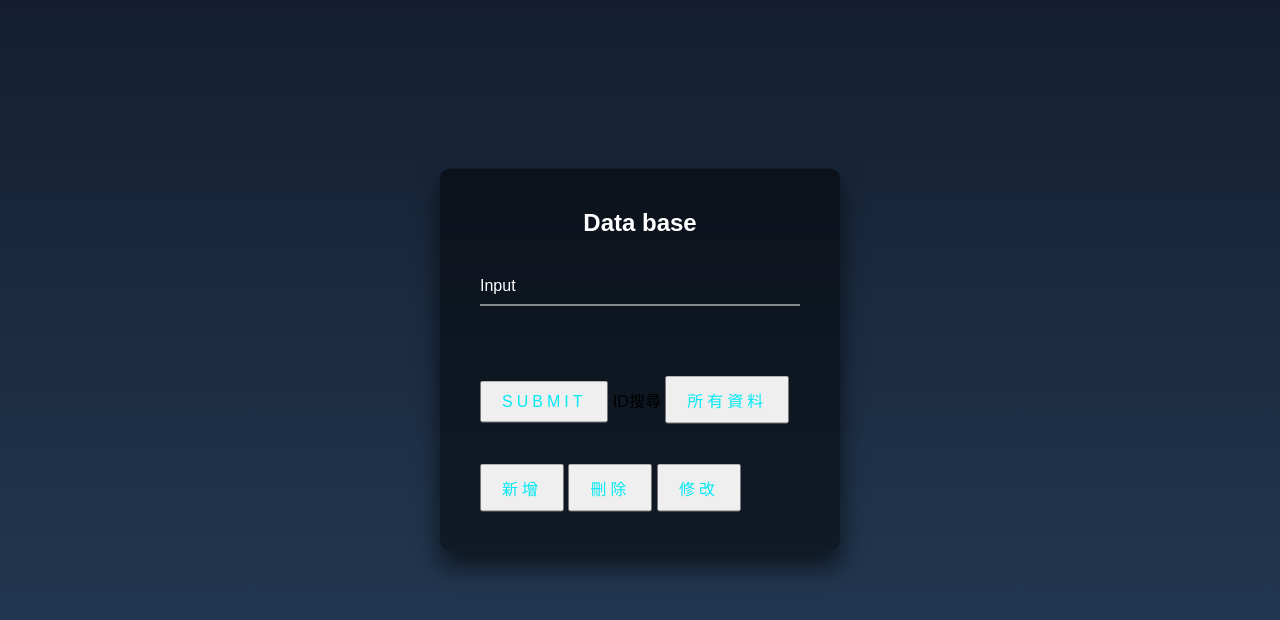
Repository: Ray917x/JaveEEforProject
Page: JSP/src/main/webapp/project/MainPageCSS.html
These files come from the project's save history. The page is drawn as it stood at one moment and after the next save; the edit follows.
The browser window is 1280 px wide. The pictures show the whole page.

Above is the page before, as saved 2022-09-14 08:19:54.

### JSP/src/main/webapp/project/MainPageCSS.html
<!DOCTYPE html>
<html lang="en">

<head>
<meta charset="UTF-8">
<meta http-equiv="X-UA-Compatible" content="IE=edge">
<meta name="viewport" content="width=device-width, initial-scale=1.0">
<title>Document</title>
<style>
html {
	height: 100%;
}

body {
	margin: 0;
	padding: 0;
	font-family: sans-serif;
	background: linear-gradient(#141e30, #243b55);
}

.login-box {
	position: absolute;
	top: 50%;
	left: 50%;
	width: 400px;
	padding: 40px;
	transform: translate(-50%, -50%);
	background: rgba(0, 0, 0, .5);
	box-sizing: border-box;
	box-shadow: 0 15px 25px rgba(0, 0, 0, .6);
	border-radius: 10px;
}

.login-box h2 {
	margin: 0 0 30px;
	padding: 0;
	color: #fff;
	text-align: center;
}

.login-box .user-box {
	position: relative;
}

.login-box .user-box input {
	width: 100%;
	padding: 10px 0;
	font-size: 16px;
	color: #fff;
	margin-bottom: 30px;
	border: none;
	border-bottom: 1px solid #fff;
	outline: none;
	background: transparent;
}

.login-box .user-box label {
	position: absolute;
	top: 0;
	left: 0;
	padding: 10px 0;
	font-size: 16px;
	color: #fff;
	pointer-events: none;
	transition: .5s;
}

.login-box .user-box input:focus ~label, .login-box .user-box input:valid
	~label {
	top: -20px;
	left: 0;
	color: #03e9f4;
	font-size: 12px;
}


.login-box form .button {
	position: relative;
	display: inline-block;
	padding: 10px 20px;
	color: #03e9f4;
	font-size: 16px;
	text-decoration: none;
	text-transform: uppercase;
	overflow: hidden;
	transition: .5s;
	margin-top: 40px;
	letter-spacing: 4px
}

.login-box .button:hover {
	background: #03e9f4;
	color: #fff;
	border-radius: 5px;
	box-shadow: 0 0 5px #03e9f4, 0 0 25px #03e9f4, 0 0 50px #03e9f4, 0 0
		100px #03e9f4;
}

.login-box .button span {
	position: absolute;
	display: block;
}

.login-box .button span:nth-child(1) {
	top: 0;
	left: -100%;
	width: 100%;
	height: 2px;
	background: linear-gradient(90deg, transparent, #03e9f4);
	animation: btn-anim1 1s linear infinite;
	z-index:2;
}

@
keyframes btn-anim1 { 0% {
	left: -100%;
}

50
%
,
100
%
{
left
:
100%;
}
}
.login-box .button span:nth-child(2) {
	top: -100%;
	right: 0;
	width: 2px;
	height: 100%;
	background: linear-gradient(180deg, transparent, #03e9f4);
	animation: btn-anim2 1s linear infinite;
	animation-delay: .25s
	z-index:2;
}

@
keyframes btn-anim2 { 0% {
	top: -100%;
}

50
%
,
100
%
{
top
:
100%;
}
}
.login-box .button span:nth-child(3) {
	bottom: 0;
	right: -100%;
	width: 100%;
	height: 2px;
	background: linear-gradient(270deg, transparent, #03e9f4);
	animation: btn-anim3 1s linear infinite;
	animation-delay: .5s
}

@
keyframes btn-anim3 { 0% {
	right: -100%;
}

50
%
,
100
%
{
right
:
100%;
}
}
.login-box .button span:nth-child(4) {
	bottom: -100%;
	left: 0;
	width: 2px;
	height: 100%;
	background: linear-gradient(360deg, transparent, #03e9f4);
	animation: btn-anim4 1s linear infinite;
	animation-delay: .75s
}

@
keyframes btn-anim4 { 0% {
	bottom: -100%;
}
50
%
,
100
%
{
bottom
:
100%;
}
}
</style>
</head>

<body>
	<div class="login-box">
		<h2>Data base</h2>
		<form method="post" action="/JSP/AnimalGetJSTL">
			<div class="user-box">
				<input type="text" name="animal_id" required> <label>Input</label>
			</div>

			<input type="submit" class="button">
			<span></span>
			<span></span>
			<span></span>
			<span></span> ID搜尋

			<button class="button" formaction="/JSP/AnimalGetAllJSTL">
			<span></span>
			<span></span>
			<span></span>
			<span></span> 所有資料</button>

			<button class="button" formaction="AnimalCreate.html">
			<span></span>
			<span></span>
			<span></span>
			<span></span> 新增</button>

			<button class="button" formaction="/JSP/AnimalDelete">
			<span></span>
			<span></span>
			<span></span>
			<span></span> 刪除</button>

			<button class="button" formaction="/JSP/AnimalGetUpdateJSTL">
			<span></span>
			<span></span>
			<span></span>
			<span></span> 修改</button>
		</form>
	</div>
</body>

</html>

After the next save:
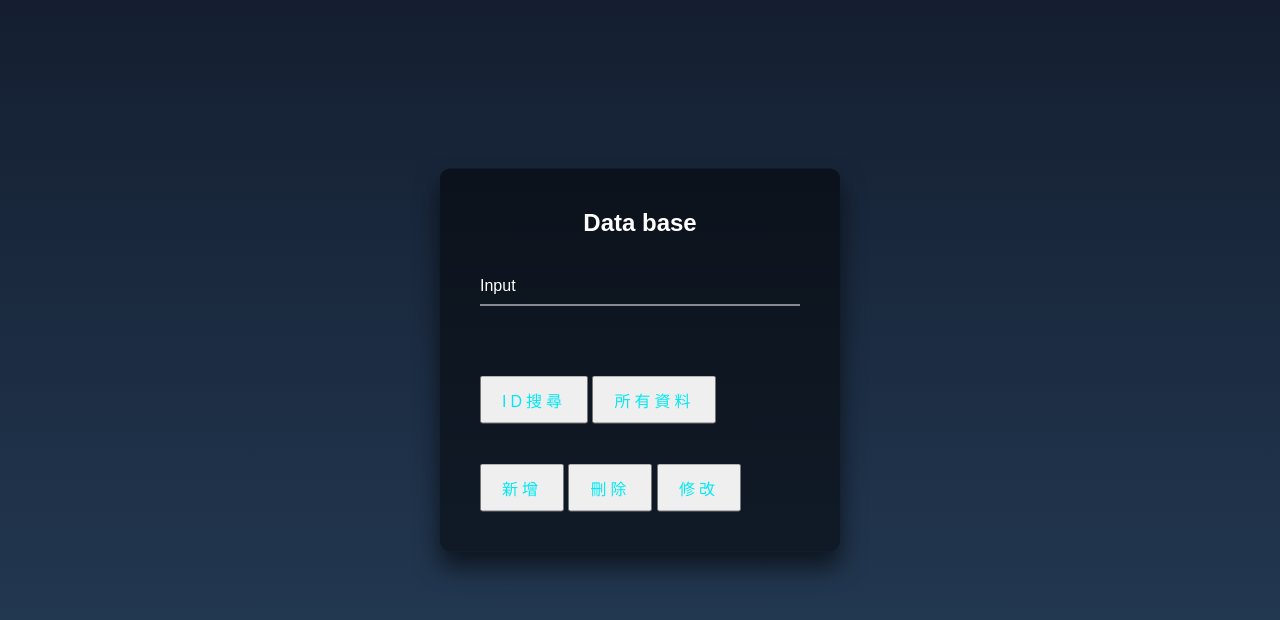
Saved 113 s later.
--- a/JSP/src/main/webapp/project/MainPageCSS.html
+++ b/JSP/src/main/webapp/project/MainPageCSS.html
@@ -216,11 +216,11 @@ bottom
 				<input type="text" name="animal_id" required> <label>Input</label>
 			</div>
 
-			<input type="submit" class="button">
-			<span></span>
-			<span></span>
-			<span></span>
-			<span></span> ID搜尋
+			<input type="submit" class="button" value="ID搜尋">
+			<span></span>
+			<span></span>
+			<span></span>
+			<span></span>
 
 			<button class="button" formaction="/JSP/AnimalGetAllJSTL">
 			<span></span>
